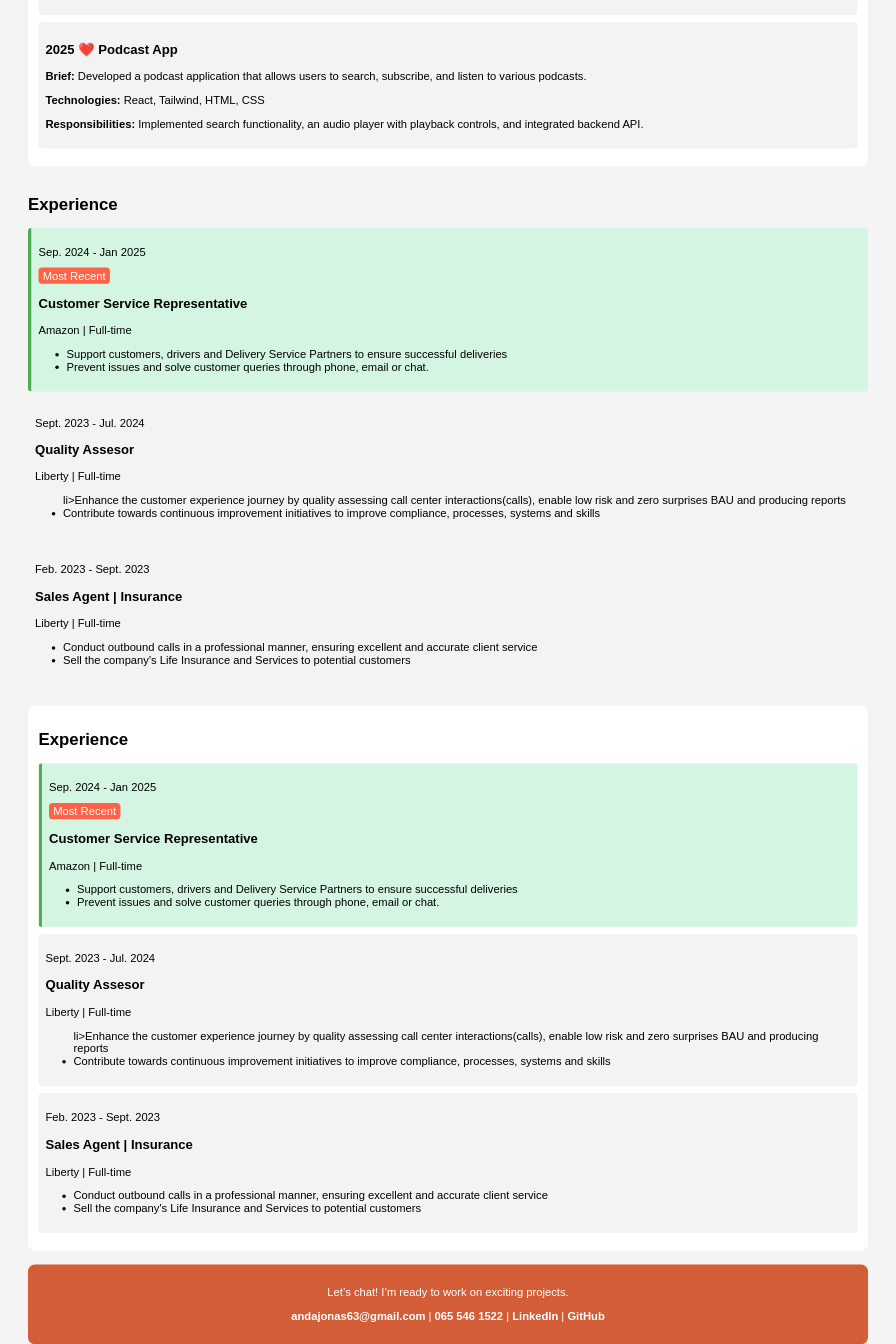
Repository: andajonas/ANDJON25111_fto2502_A2_AndaJonas_SDF_Portfolio_Piece
Page: index.html
These files come from the project's save history. The page is drawn as it stood at one moment and after the next save; the edit follows.
The browser window is 1280 px wide. The pictures show the part of the page from y = 1196 to 3116 px (the page is 3116 px tall before and 3070 px after), at 70% of full size.
A picture or video elsewhere on the page could not be fetched, so the positions and the page height are approximate.

Above is the page before, as saved 2025-04-03 17:54:44.

After the next save:
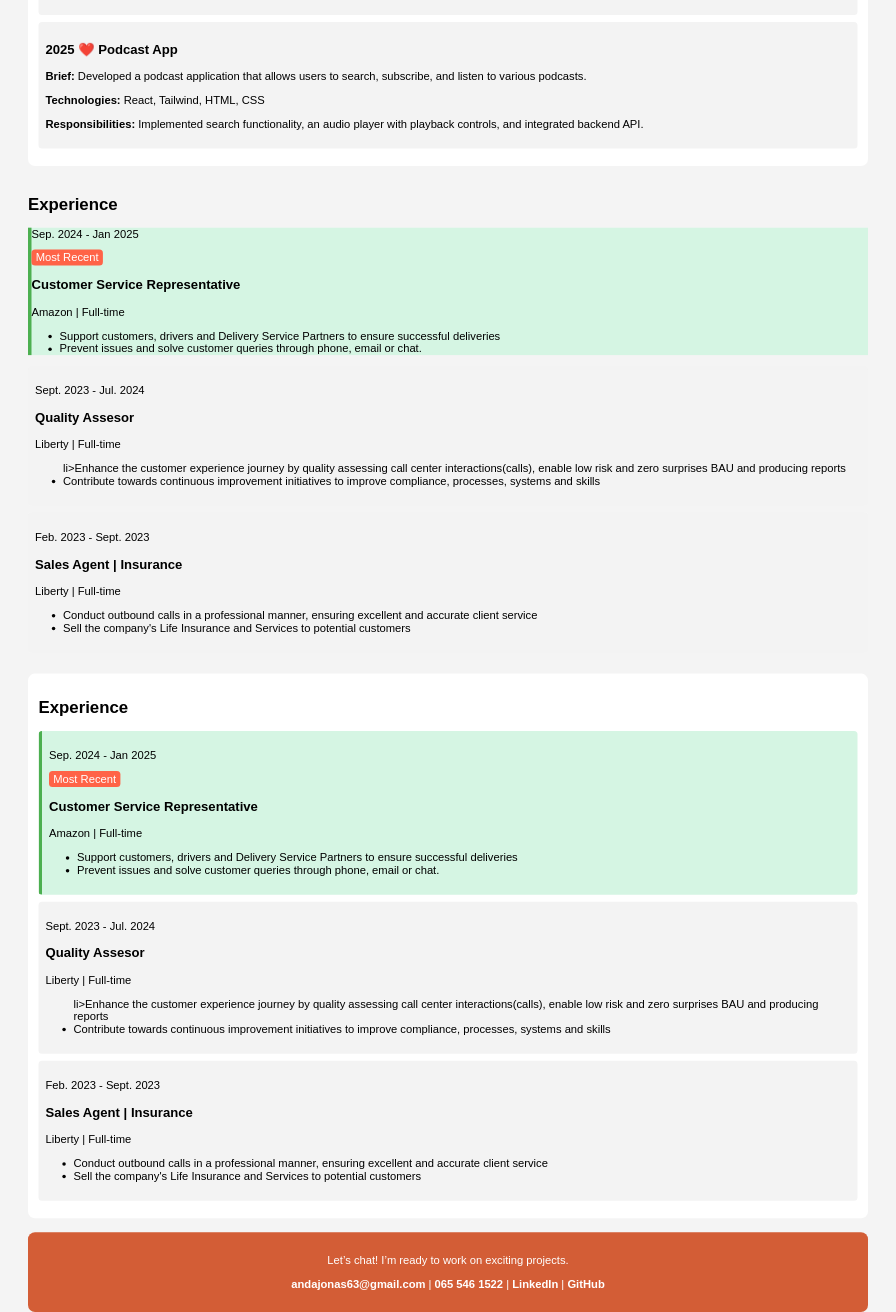
Saved 7 s later.
--- a/index.html
+++ b/index.html
@@ -80,7 +80,7 @@
     <!-- Education Section -->
     <section class="education">
         <h2>Experience</h2>
-        <div class="experience-card green">
+        <div class="education-card green">
             <div class="exp-header">
                 <p class="date">Sep. 2024 - Jan 2025</p>
                 <span class="tag">Most Recent</span>
